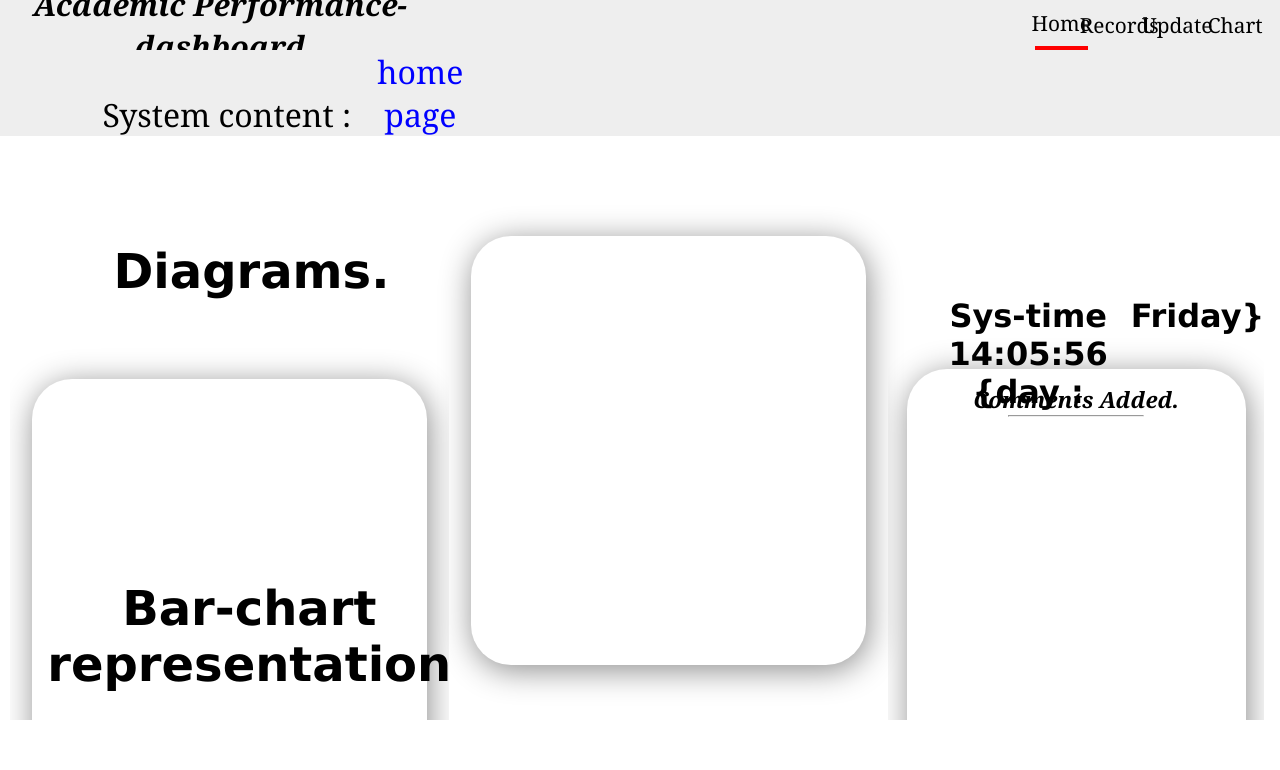
Repository: 3x3cu7er/Shax_001
Page: http://localhost/xmain/
These files come from the project's save history. The page is drawn as it stood at one moment and after the next save; the edit follows.
The browser window is 1280 px wide. The pictures show the whole page.
An inner scrolling area shows only its first screen. The page is served by the project's application, run on Django 4.2 (manage.py). Other server files are loaded and not shown.

Above is the page before, as saved 2024-01-19 18:13:38.
Console error (its wording comes from the project's code and is left out).

### _3x3c47er_Sino_sys/template/xmain.html
{% load static %}
<!DOCTYPE html>
<html lang="en">
  <head>
    <meta charset="UTF-8" />
    <meta name="viewport" content="width=device-width, initial-scale=1.0" />
    <title>...</title>
    <link rel="stylesheet" href="{% static '/css/xmain.css'%}" />
  </head>
  <body>
    <div class="container">
      <!-- navigation system -->
      <div class="nav">
        <div class="logo">
          <h5>Academic Performance-dashboard</h5>
          <a class="loc">show menu</a>
        </div>

        <div class="links">
          <a href="{% url 'xlanding'%}" class="under">Home</a>
          <a href="{% url 'temp_access_student'%}">Records</a>
          <a href="{% url 'xupdate'%}">Update</a>
          <a href="#later">Chart</a>
        </div>
      </div>
      <div class="elements">
        <a href="{% url 'xlanding'%}" class="under">Home</a>
        <a href="{% url 'temp_access_student'%}">Records</a>
        <a href="{% url 'xupdate'%}">Update</a>
        <a href="#later">Alerts</a>
      </div>
      <!-- platforms -->
      <div class="label">
        <h1>
          <p>System content :</p>
        </h1>
      </div>

      <div class="platforms">
        <!-- top section -->

        <div class="section" class="elements">
          <!-- right -->
          <div class="rigthSide">
            <div class="flex">
              <h4>Diagrams.</h4>
              <div class="data">
                <div class="graph">
                  <canvas id="net"></canvas>
                  <h4>Bar-chart representation</h4>
                </div>
              </div>
              <div class="data">
                <canvas id="tracking"></canvas>
              </div>
            </div>
          </div>
          <!-- middle -->
          <div class="middleContent">
            <div class="data" id="top">
              <div class="graph">
                <canvas id="pie"></canvas>
              </div>
            </div>
            <div class="data" id="bottom">
              <div class="graph">
                <canvas id="scatter"></canvas>
              </div>
            </div>
          </div>
          <!-- left -->

          <div class="leftSide">
            <div class="time">
              <h4>
                Sys-time <span class="hr">00</span>:<span class="min">00</span
                >:<span class="sec">00</span>
                {day :
              </h4>
              <h4 class="dy">day</h4>
              <h4>}</h4>
            </div>
            <div class="data" id="comments">
              <h4>Comments Added.</h4>
              <hr />

              {% for content in comment%}
              <li class="id">
                <ol>
                  <div class="sub">{{content}}</div>
                </ol>
              </li>
              {%endfor%}
            </div>
          </div>
        </div>
        <div class="context">
          <div class="subCOntext">
            <div class="scroll">
              <!-- {% for item in sh%}
              <ul>
                {{item}}
              </ul>
              <br /><br />
              {%endfor%} -->
              <div class="part">
                <img src="/static/css/icons/spy.svg" alt="" />
                <h3>User -Summary.</h3>

                <hr />
                <h4>Total datasets : <span>{{tcourse}}</span></h4>
                <h4>
                  The plt<sub>id</sub> corresponds to the recordID in the corses
                  undertaken.
                </h4>
                <h4>
                  plt -<sup>-</sup>-<sub>-</sub> average performance for the
                  record.
                </h4>
              </div>
              <!-- <div class="part">
                <img src="/static/undraw_emails_re_cqen.svg" alt="" />
                <h3>Notification.</h3>
                <hr />
              </div> -->
              <div class="part">
                <img src="/static/css/icons/chart.svg" alt="" />
                <h3>Performance -Summary.</h3>
                <hr />
                <h4>Total score : <span>{{tcwa}}</span></h4>
                <h4>Your status : <span>{{com}}</span></h4>
              </div>
            </div>
          </div>
        </div>
        <div class="design">
          <div class="">
            <img src="/static/css/icons/academic.svg" alt="" />
            <h1>Records.</h1>
          </div>
          <div class="">
            <img src="/static/css/icons/main2.svg" alt="" />
            <h1>Predictions.</h1>
          </div>
        </div>
        <!-- student details -->
        <div class="section" id="details">
          <div class="details">
            <h4>Courses Undertaken</h4>
            <hr />
            <div class="table">
              <div class="thead">
                <div class="name">Record-ID</div>
                <div class="name">Course</div>
                <div class="name">Refrence</div>
                <div class="name">CWA</div>
              </div>

              {%for rec in record%}
              <div class="value">
                <h5>{{rec.recordID}}</h5>
                <h5>{{rec.course}}</h5>
                <h5>{{rec.reference}}</h5>
                <h5>{{rec.cwa}}</h5>
              </div>
              {%endfor%}

              <!-- <div class="all">

                <li>{{rec.semester}}</li>

              </div> -->
            </div>
          </div>
          <div class="details">
            <h4>Predictions for the student.</h4>
            <hr />

            <div class="prediction">
              <h5>{{predicted_score}}</h5>
              <h5>Total AVERAGE score :{{average}}<span>%</span>.</h5>

              <h5>Student would have :{{recommendation}} performance.</h5>
            </div>
            <!-- <div class="form">
              <h2>Comment Form</h2>
              <hr />
              <form action="" method="post">
                {% csrf_token %}
                <div class="formItem">
                  <label for="">Content ID :</label>
                  <input type="text" name="comID" placeholder="I D.." />
                </div>
                <div class="formItem">
                  <label for="">Label:</label>
                  <input type="text" name="label" placeholder="give label.." />
                </div>
                <div class="formItem">
                  <label for="">Main content :</label>
                  <textarea
                    name="message"
                    placeholder="Write to add to content."
                    id="writings"
                  ></textarea>
                </div>
                <div class="formItem">
                  <input type="submit" value="Add content" />
                </div>
              </form>
            </div> -->
          </div>
        </div>
        <!-- later -->
        <!-- <div class="search">
          <form action="" method="get">
            {% csrf_token %}
            <input
              type="text"
              placeholder="level.."
              name="request"
              id="search"
            />
            <input
              type="text"
              placeholder="semester.."
              name="semReq"
              id="search"
            />
            <input type="submit" value="Check" name="searchBtn" id="btn" />
          </form>
        </div> -->
        <div class="formContainer">
          <h1>Enter your user ID..</h1>
          <div class="search">
            <form action="" method="get">
              {% csrf_token %}
              <input
                type="text"
                placeholder="Student's  ID.."
                name="search"
                id="search"
              />
              <input type="submit" value="Check" name="searchBtn" id="btn" />
            </form>
          </div>
        </div>
        <div class="design">
          <div class="">
            <img src="/static/css/icons/analytics.svg" alt="" />
            <h1>Performance tracking.</h1>
            <hr />
          </div>
        </div>
        <div class="section" id="later">
          <!-- graph page -->
          <div class="graph">
            <canvas id="dataRep"></canvas>
          </div>
        </div>
      </div>
    </div>
    <script src="{% static '/js/time1.js'%}"></script>
    <script src="https://cdn.jsdelivr.net/npm/chart.js"></script>
    <script>
      const ctx = document.getElementById("dataRep");
      const pie = document.getElementById("pie");
      const scatter = document.getElementById("scatter");
      const tracking = document.getElementById("tracking");
      const net = document.getElementById("net");
      //pl1 = JSON.parse("{{pl1|escapejs}}");
      //pl2 = JSON.parse("{{fs2|escapejs}}");
      //ss1 = JSON.parse("{{ss1|escapejs}}");
      //ss2 = JSON.parse("{{ss2|escapejs}}");
      //ts1 = JSON.parse("{{ts1|escapejs}}");
      //ts2 = JSON.parse("{{ts2|escapejs}}");
      //fors1 = JSON.parse("{{fors1|escapejs}}");
      //fors2 = JSON.parse("{{fors2|escapejs}}");
      graphData = JSON.parse("{{graphData|escapejs}}");
      graphData1 = JSON.parse("{{graphData1|escapejs}}");
      const loca = document.querySelector(".loc");
      const elements = document.querySelector(".elements");

      // ########################
      loca.addEventListener("click", function () {
        elements.style.display = "block";
      });

      //line chart
      new Chart(ctx, {
        type: "line",
        data: {
          labels: [
            "plt1",
            "plt2",
            "plt3",
            "plt4",
            "plt5",
            "plt6",
            "plt7",
            "plt8",
            "plt9",
            "plt10",
            "plt11",
            "plt12",
            "plt13",
            "plt14",
            "plt15",
            "plt16",
            "plt17",
            "plt18",
            "plt19",
            "plt20",
            "plt21",
            "plt22",
            "plt23",
            "plt24",
            "plt25",
            "plt26",
            "plt27",
            "plt28",
            "plt29",
            "plt30",
            "plt31",
            "plt32",
            "plt33",
            "plt34",
            "plt35",
            "plt36",
            "plt37",
            "plt38",
            "plt39",
            "plt40",
            "plt41",
            "plt42",
            "plt43",
            "plt44",
            "plt45",
            "plt46",
            "plt47",
            "plt48",
            "plt49",
            "plt50",
            "plt51",
            "plt52",
            "plt53",
            "plt54",
            "plt55",
            "plt56",
            "plt57",
            "plt58",
            "plt59",
            "plt60",
          ],
          datasets: [
            {
              label: "Performance rate.",
              data: graphData,
              borderWidth: 1,
            },
          ],
        },
        options: {
          scales: {
            y: {
              beginAtZero: true,
            },
          },
        },
      });
      //net chart
      new Chart(net, {
        type: "bar",
        data: {
          labels: [
            "plt1",
            "plt2",
            "plt3",
            "plt4",
            "plt5",
            "plt6",
            "plt7",
            "plt8",
            "plt9",
            "plt10",
            "plt11",
            "plt12",
            "plt13",
            "plt14",
            "plt15",
            "plt16",
            "plt17",
            "plt18",
            "plt19",
            "plt20",
            "plt21",
            "plt22",
            "plt23",
            "plt24",
            "plt25",
            "plt26",
            "plt27",
            "plt28",
            "plt29",
            "plt30",
            "plt31",
            "plt32",
            "plt33",
            "plt34",
            "plt35",
            "plt36",
            "plt37",
            "plt38",
            "plt39",
            "plt40",
            "plt41",
            "plt42",
            "plt43",
            "plt44",
            "plt45",
            "plt46",
            "plt47",
            "plt48",
            "plt49",
            "plt50",
            "plt51",
            "plt52",
            "plt53",
            "plt54",
            "plt55",
            "plt56",
            "plt57",
            "plt58",
            "plt59",
            "plt60",
          ],
          datasets: [
            {
              label: "Performance rate.",
              data: graphData,
              borderWidth: 1,
            },
          ],
        },
        options: {
          scales: {
            y: {
              beginAtZero: true,
            },
          },
        },
      });
      //tracking chart
      new Chart(tracking, {
        type: "polarArea",
        data: {
          labels: [
            "plt1",
            "plt2",
            "plt3",
            "plt4",
            "plt5",
            "plt6",
            "plt7",
            "plt8",
            "plt9",
            "plt10",
            "plt11",
            "plt12",
            "plt13",
            "plt14",
            "plt15",
            "plt16",
            "plt17",
            "plt18",
            "plt19",
            "plt20",
            "plt21",
            "plt22",
            "plt23",
            "plt24",
            "plt25",
            "plt26",
            "plt27",
            "plt28",
            "plt29",
            "plt30",
            "plt31",
            "plt32",
            "plt33",
            "plt34",
            "plt35",
            "plt36",
            "plt37",
            "plt38",
            "plt39",
            "plt40",
            "plt41",
            "plt42",
            "plt43",
            "plt44",
            "plt45",
            "plt46",
            "plt47",
            "plt48",
            "plt49",
            "plt50",
            "plt51",
            "plt52",
            "plt53",
            "plt54",
            "plt55",
            "plt56",
            "plt57",
            "plt58",
            "plt59",
            "plt60",
          ],
          datasets: [
            {
              label: "Tracking",
              data: graphData,
              borderWidth: 1,
            },
          ],
        },
        options: {
          scales: {
            y: {
              beginAtZero: true,
            },
          },
        },
      });
      //pie
      new Chart(pie, {
        type: "doughnut",
        data: {
          labels: [
            "plt1",
            "plt2",
            "plt3",
            "plt4",
            "plt5",
            "plt6",
            "plt7",
            "plt8",
            "plt9",
            "plt10",
            "plt11",
            "plt12",
            "plt13",
            "plt14",
            "plt15",
            "plt16",
            "plt17",
            "plt18",
            "plt19",
            "plt20",
            "plt21",
            "plt22",
            "plt23",
            "plt24",
            "plt25",
            "plt26",
            "plt27",
            "plt28",
            "plt29",
            "plt30",
            "plt31",
            "plt32",
            "plt33",
            "plt34",
            "plt35",
            "plt36",
            "plt37",
            "plt38",
            "plt39",
            "plt40",
            "plt41",
            "plt42",
            "plt43",
            "plt44",
            "plt45",
            "plt46",
            "plt47",
            "plt48",
            "plt49",
            "plt50",
            "plt51",
            "plt52",
            "plt53",
            "plt54",
            "plt55",
            "plt56",
            "plt57",
            "plt58",
            "plt59",
            "plt60",
          ],
          datasets: [
            {
              label: "Oval display.",
              data: graphData,
              borderWidth: 1,
            },
          ],
        },
        options: {
          scales: {
            y: {
              beginAtZero: true,
            },
          },
        },
      });
      //scatter plot
      new Chart(scatter, {
        type: "scatter",
        data: {
          labels: [
            "plt1",
            "plt2",
            "plt3",
            "plt4",
            "plt5",
            "plt6",
            "plt7",
            "plt8",
            "plt9",
            "plt10",
            "plt11",
            "plt12",
            "plt13",
            "plt14",
            "plt15",
            "plt16",
            "plt17",
            "plt18",
            "plt19",
            "plt20",
            "plt21",
            "plt22",
            "plt23",
            "plt24",
            "plt25",
            "plt26",
            "plt27",
            "plt28",
            "plt29",
            "plt30",
            "plt31",
            "plt32",
            "plt33",
            "plt34",
            "plt35",
            "plt36",
            "plt37",
            "plt38",
            "plt39",
            "plt40",
            "plt41",
            "plt42",
            "plt43",
            "plt44",
            "plt45",
            "plt46",
            "plt47",
            "plt48",
            "plt49",
            "plt50",
            "plt51",
            "plt52",
            "plt53",
            "plt54",
            "plt55",
            "plt56",
            "plt57",
            "plt58",
            "plt59",
            "plt60",
          ],
          datasets: [
            {
              label: "Scattered display.",
              data: graphData,
              borderWidth: 1,
            },
          ],
        },
        options: {
          scales: {
            y: {
              beginAtZero: true,
            },
          },
        },
      });
    </script>
  </body>
</html>

### _3x3c47er_Sino_sys/_hadez_/views.py
from django.shortcuts import render

# Create your views here.
# system navs


def x1(request):
    return render(request, "xterminal.html")


# system navs
def x2(request):
    return render(request, "xupdate.html")


# system navs
def x3(request):
    return render(request, "xbase.html")


# system navs
def x4(request):
    return render(request, "xmain.html")


# system navs
def x5(request):
    return render(request, "sys_manage.html")


# system navs
def x6(request):
    return render(request, "root_parent.html")


# system navs
def x7(request):
    return render(request, "dash_content_overview.html")


# system navs
def x8(request):

    # if request.method == 'POST':
    #     uname = '*****'
    #     addr = 'account@mail.com'
    #     refnum = '**********'
    #     commentRef = request.POST.get('comID')
    #     label = request.POST.get('label')
    #     message = request.POST.get('message')
    #     newComment = comments(commentID=commentRef, label=label, details=message)
    #     newComment.save()

    if request.method == 'GET':
        uname = '*****'
        addr = 'account@mail.com'
        refnum = '**********'
        ref = request.GET.get('search')
        # users = userCredentials.objects.all()
        # for userAccount in users:
        #     if str(userAccount.referenceNumber) == str(ref):
        #         print('yh..')
        #         uname = userAccount.uname
        #         addr = userAccount.Address
        #         refnum = userAccount.referenceNumber

    return render(request, 'xlanding.html', {'uname':uname, 'addr':addr, 'refnum':refnum})


# system navs
def x9(request):
    return render(request, "xhome.html")


# system navs
def x10(request):
    return render(request, "board_confg.html")


# system navs
def x11(request):
    return render(request, "temp_access_stud.html")


# system navs
def x12(request):
    return render(request, "xactive.html")


# system navs
def x13(request):
    return render(request, "xplatform.html")


# system navs
def x14(request):
    return render(request, "sys_major.html")

### _3x3c47er_Sino_sys/_3x3c47er_Sino_sys/urls.py
"""_3x3c47er_Sino_sys URL Configuration

The `urlpatterns` list routes URLs to views. For more information please see:
    https://docs.djangoproject.com/en/4.0/topics/http/urls/
Examples:
Function views
    1. Add an import:  from my_app import views
    2. Add a URL to urlpatterns:  path('', views.home, name='home')
Class-based views
    1. Add an import:  from other_app.views import Home
    2. Add a URL to urlpatterns:  path('', Home.as_view(), name='home')
Including another URLconf
    1. Import the include() function: from django.urls import include, path
    2. Add a URL to urlpatterns:  path('blog/', include('blog.urls'))
"""
from django.contrib import admin
from django.urls import path, include

urlpatterns = [
    path('admin/', admin.site.urls),
    path("", include("_hadez_.urls")),
    path("xterminal/", include("_hadez_.urls")),
    path('main/', include('_hadez_.urls')),
    path('update-my-data/', include('_hadez_.urls')),
    path('records/', include('_hadez_.urls')),
    path('menu/', include('_hadez_.urls')),
    path('monitor/', include('_hadez_.urls')),
    path('platform/', include('_hadez_.urls')),
]

### _3x3c47er_Sino_sys/_hadez_/urls.py
from django.urls import path
from . import views
urlpatterns = [
    path("", views.x1, name="xterminal"),
    path("xterminal/", views.x1, name="xterminal"),
    path("xupdate/", views.x2, name="xupdate"),
    path("xbase/", views.x3, name="xbase"),
    path("xmain/", views.x4, name="xmain"),
    path("sys_manage/", views.x5, name="sys_manage"),
    path("root_parent/", views.x6, name="root_parent"),
    path("dash_content_overview/", views.x7, name="dash_content_overview"),
    path("xlanding/", views.x8, name="xlanding"),
    path("xhome/", views.x9, name="xhome"),
    path("board_confg/", views.x10 , name="board_confg"),
    path("temp_access_student/", views.x11 , name="temp_access_student"),
    path("xactive/", views.x12 , name="xactive"),
    path("xplatform/", views.x13 , name="xplatform"),
    path("sys_major/", views.x14 , name="sys_major"),
]

Loaded but not shown: _3x3c47er_Sino_sys/static/css/icons/academic.svg (1 lines, source omitted); _3x3c47er_Sino_sys/static/css/icons/chart.svg (1 lines, source omitted); _3x3c47er_Sino_sys/static/css/icons/analytics.svg (1 lines, source omitted); _3x3c47er_Sino_sys/static/css/icons/main2.svg (1 lines, source omitted); _3x3c47er_Sino_sys/static/css/icons/spy.svg (1 lines, source omitted); _3x3c47er_Sino_sys/static/js/time1.js (52 lines, source omitted); _3x3c47er_Sino_sys/static/css/xmain.css (930 lines, source omitted)

After the next save:
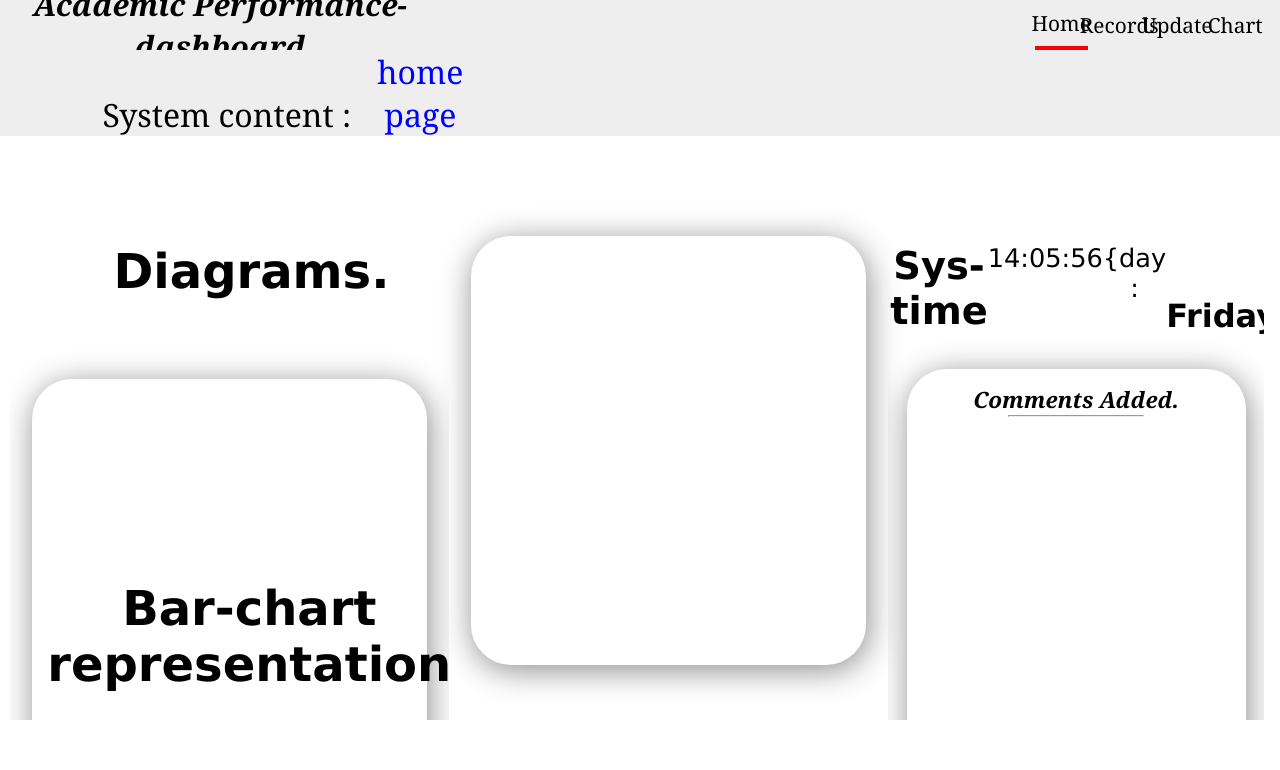
Saved 30 s later.
--- a/_3x3c47er_Sino_sys/template/xmain.html
+++ b/_3x3c47er_Sino_sys/template/xmain.html
@@ -73,8 +73,11 @@
           <div class="leftSide">
             <div class="time">
               <h4>
-                Sys-time <span class="hr">00</span>:<span class="min">00</span
-                >:<span class="sec">00</span>
+                <h2>Sys-time</h2>
+                <span class="hr">00</span>:<span class="min">00</span>:<span
+                  class="sec"
+                  >00</span
+                >
                 {day :
               </h4>
               <h4 class="dy">day</h4>
